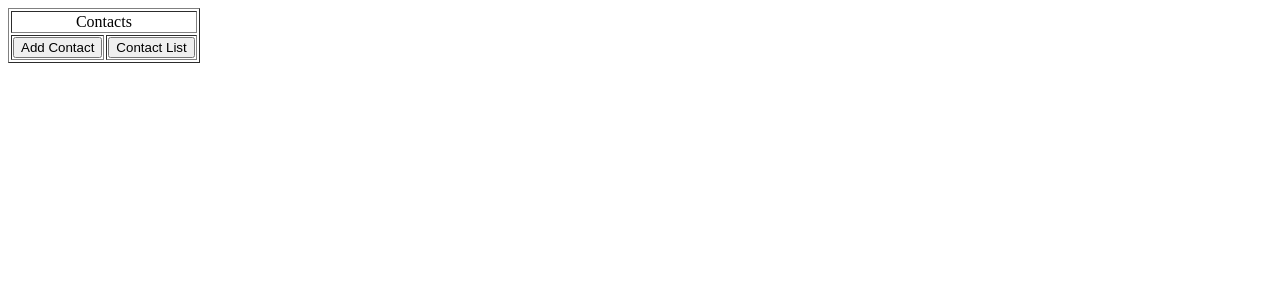
Repository: HSungJun/Practice
Page: KH_workspace/Back/workspace_back/Contacts/src/main/webapp/index.html
An editor plug-in stored every save of this project. The page is shown before and after the next save, followed by the edit.
The browser window is 1280 px wide. The pictures show the whole page.

Above is the page before, as saved 2023-04-04 12:42:11.

After the next save:
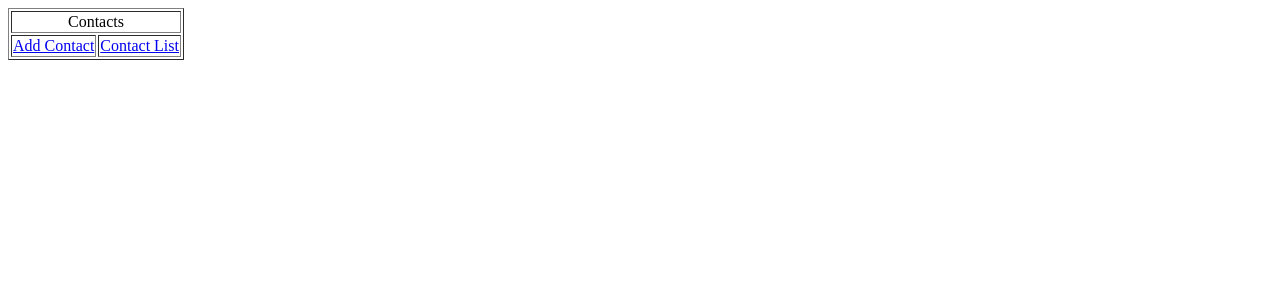
Saved 34 s later.
--- a/KH_workspace/Back/workspace_back/Contacts/src/main/webapp/index.html
+++ b/KH_workspace/Back/workspace_back/Contacts/src/main/webapp/index.html
@@ -10,8 +10,8 @@
 			<td colspan='2' align='center'>Contacts</td>
 		</tr>
 		<tr>
-			<td> <button href='insert_contact'>Add Contact</button> </td>
-			<td> <button href='selectAll'>Contact List</button> </td>
+			<td> <a href='insert_contact'>Add Contact</a> </td>
+			<td> <a href='selectAll'>Contact List</a> </td>
 		</tr>
 
 	</table>
